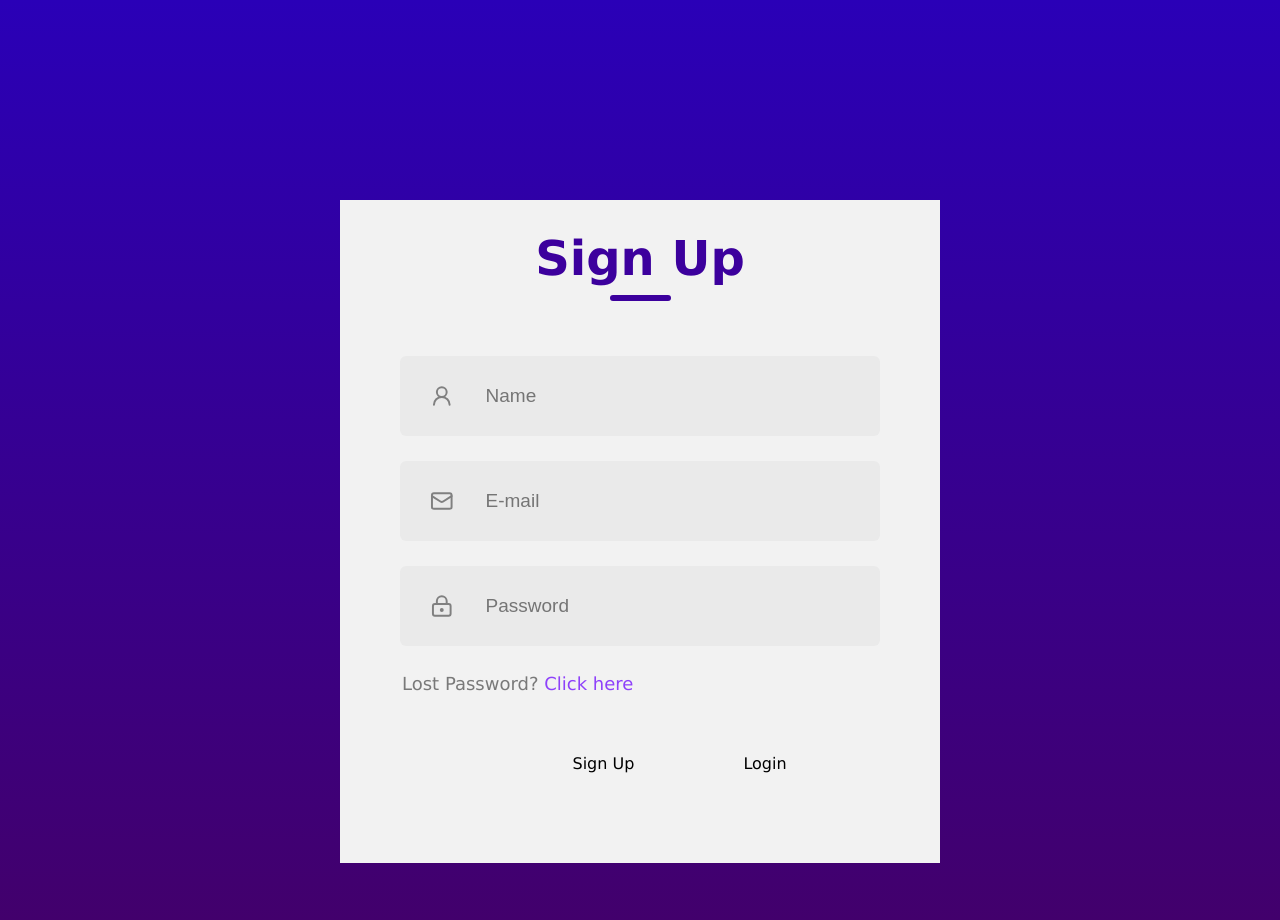
Repository: guilhermecardoso93/login-page
Page: /
The author's editor kept a copy of each file at every save. The page is drawn from the files as they stood at one save, then again after the next save.
The browser window is 1280 px wide. The pictures show the whole page.
The project was rebuilt for these pictures with package versions that can differ from the ones it lists, and the page was loaded fresh each time. Also part of the build but not shown: vite.config.js.

Above is the page before, as saved 2024-10-22 19:33:59.

After the next save:
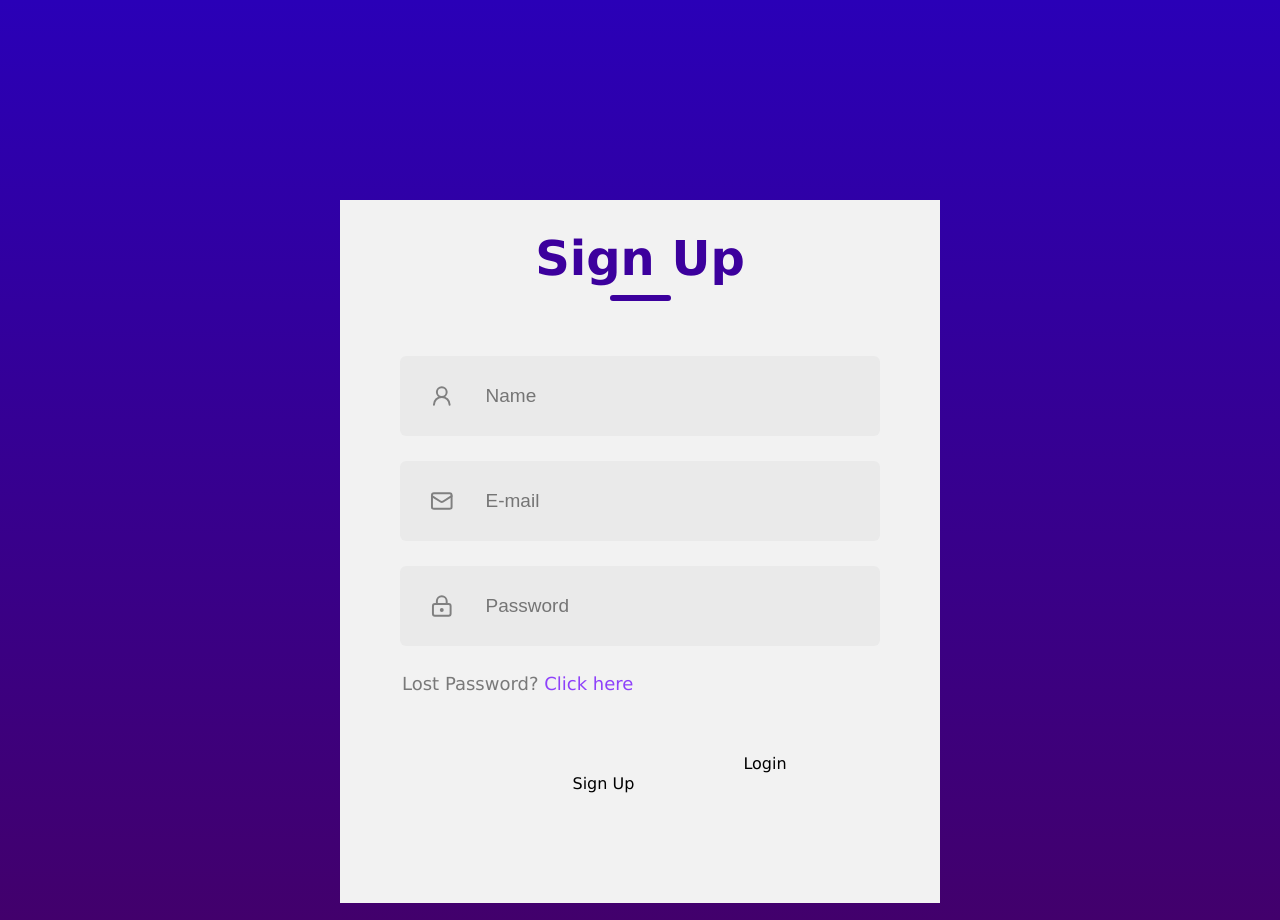
Saved 11 s later.
--- a/src/components/Login/Login.css
+++ b/src/components/Login/Login.css
@@ -89,4 +89,5 @@ header span {
   justify-content: center;
   align-items: center;
   width: 220px;
+  height: 59px;
 }
